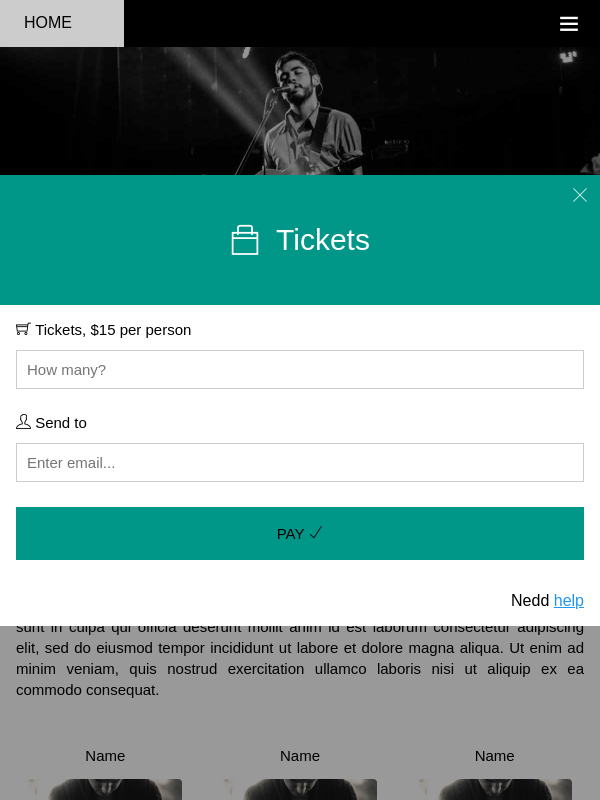
Repository: Thanhtrunghoang123/the-band
Page: index.html
These files come from the project's save history. The page is drawn as it stood at one moment and after the next save; the edit follows.
The browser window is 600 px wide. The pictures show the window.
A layer covers the whole window, so only the first screen is drawn.

Above is the page before, as saved 2022-07-27 22:51:58.

### index.html
<!DOCTYPE html>
<html lang="en">
<head>
    <meta charset="UTF-8">
    <meta http-equiv="X-UA-Compatible" content="IE=edge">
    <meta name="viewport" content="width=device-width, initial-scale=1.0">
    <title>The Band</title>
    <link rel="icon" href="https://upload.wikimedia.org/wikipedia/commons/thumb/f/fb/Logo_of_Blackpink.svg/2560px-Logo_of_Blackpink.svg.png" type="image/x-icon" />
    <link rel="stylesheet" href="./assest/css/style.css">
    <link rel="stylesheet" href="./assest/css/responsive.css">
    <link rel="stylesheet" href="./assest/fonts/themify-icons/themify-icons.css">



</head>
<body>
    <div id="main">
        <div id="header">
            <!-- Begin: Nav -->
            <ul id="nav">
                <li><a href="#">Home</a></li>
                <li><a href="#band">Band</a></li>
                <li><a href="#tour">Tour</a></li>
                <li><a href="#contact">Contact</a></li>
                <li>
                    <a href="#">
                        More
                        <i class=" nav-arrow-down ti-angle-down"></i>

                    </a>
                    <ul class="subnav">
                        <li><a href="#">Merchandise</a></li>
                        <li><a href="#">Extras</a></li>
                        <li><a href="#">Media</a></li>
                    </ul>
                </li>
            </ul>
            <!-- End: Nav -->

            <!-- Begin: Search button -->
            <div class="search-btn">
                <i class=" search-icon ti-search"></i>
            </div>

            <div id="mobile-menu" class="mobile-menu-btn">
                <i class=" menu-icon ti-menu"></i>
            </div>
            <!-- End: Search button -->



        </div>

        <div id="slider">
            <div class="text-content">
                <h2 class="text-heading">Chicago</h2>
                <div class="text-description">Thank you, Chicago - A night we won't forget.</div>

            </div>
        </div>

        <div id="content">
            <!-- About section -->
            <div  id="band" class="content-section">
                <h2 class="section-heading">THE BAND</h2>
                <p class="section-sub-heading">We love music</p>
                <p class="about-text">We have created a fictional band website. Lorem ipsum dolor sit amet, consectetur adipiscing elit, sed do eiusmod tempor incididunt ut labore et dolore magna aliqua. Ut enim ad minim veniam, quis nostrud exercitation ullamco laboris nisi ut aliquip ex ea commodo consequat. Duis aute irure dolor in reprehenderit in voluptate velit esse cillum dolore eu fugiat nulla pariatur. Excepteur sint occaecat cupidatat non proident, sunt in culpa qui officia deserunt mollit anim id est laborum consectetur adipiscing elit, sed do eiusmod tempor incididunt ut labore et dolore magna aliqua. Ut enim ad minim veniam, quis nostrud exercitation ullamco laboris nisi ut aliquip ex ea commodo consequat.</p>
                <div class="row members-list">
                    <div class="text-center col col-third">
                        <p class="member-name">Name</p>
                        <img src="./assest/img/band/member1.jpg" alt="Name" class="member-img">
                    </div>
                    <div class="text-center col col-third">
                        <p class="member-name">Name</p>
                        <img src="./assest/img/band/member1.jpg" alt="Name" class="member-img">
                    </div>
                    <div class="text-center col col-third">
                        <p class="member-name">Name</p>
                        <img src="./assest/img/band/member1.jpg" alt="Name" class="member-img">
                    </div>
                    <div class="clear"></div>
                </div>
            </div>
            <!-- Tour section -->
            <div id="tour" class="tour-section">
                <div class="content-section">
                    <h2 class="section-heading text-white">TOUR DATES</h2>
                    <p class="section-sub-heading text-white">Remember to book your tickets!</p>

                    <!-- Tickets  -->
                    <ul class="tickets-list">
                        <li>September <span class="sold-out">Sold out</span></li>
                        <li>October <span class="sold-out">Sold out</span></li>
                        <li>November <span class="quantity">3</span></li>
                    </ul>
                    <!-- places -->
                    <div class=" row place-list">
                        <div class="col col-third">
                            <img src="./assest/img/places/place1.jpg" alt="img" class="place-img">
                            <div class="place-body">
                                <h3 class="place-heading">New York</h3>
                                <p class="place-time">Fri 27 Nov 2022</p>
                                <p class="place-desc">Praesent tincidunt sed tellus ut rutrum sed vitae justo.</p>
                                <button  class="btn js-buy-ticket">Buy Tickets</button>
                            </div>
                        </div>

                        <div class=" col col-third">
                            <img src="./assest/img/places/place2.jpg" alt="img" class="place-img">
                            <div class="place-body">
                                <h3 class="place-heading">Paris</h3>
                                <p class="place-time">Sat 28 Nov 2022</p>
                                <p class="place-desc">Praesent tincidunt sed tellus ut rutrum sed vitae justo.</p>
                                <button  class="btn js-buy-ticket">Buy Tickets</button>
                            </div>
                        </div>

                        <div class=" col col-third">
                            <img src="./assest/img/places/place3.jpg" alt="img" class="place-img">
                            <div class="place-body">
                                <h3 class="place-heading">San Francisco</h3>
                                <p class="place-time">Sun 29 Nov 2022</p>
                                <p class="place-desc">Praesent tincidunt sed tellus ut rutrum sed vitae justo.</p>
                                <button  class="btn js-buy-ticket">Buy Tickets</button>
                            </div>
                        </div>
                        <div class="clear"></div>
                    </div>
                </div>

            </div>
            <!-- Begin: Contact section -->
            <div id="contact" class="content-section">
                <h2 class="section-heading">CONTACT</h2>
                <p class="section-sub-heading">Fan? Drop a note!</p>

                <div class="row contact-content">
                    <div class="col col-half contact-info">
                        <p><i class="ti-location-pin"></i> Chicago, US</p>
                        <p><i class="ti-mobile"></i> +00 151515</p>
                        <p><i class="ti-email"></i> Email: mail@mail.com</p>
                    </div>

                    <div class="col col-half contact-form">
                        <form action="">
                            <div class="row">
                                <div class="col col-half">
                                    <input type="text" name="" placeholder="Name" required id="" class="form-control">
                                </div>

                                <div class="col col-half">
                                    <input type="email" name="" placeholder="Email" required id="" class="form-control">
                                </div>

                            </div>
                            <div class="row mt-8">
                                <div class="col col-full">
                                    <input type="text" name="" placeholder="Message" required class="form-control">
                                </div>
                            <input class=" pull-right btn mt-16" type="submit" value="Send">
                        </form>
                    </div>
                </div>
            </div>
        </div>
         <!-- End: Contact section -->,
         <div class="map-section">
            <img src="./assest/img/map/map.jpg" alt="Map">
        </div>
        <div id="footer">
            <div class="socials">
                <a href=""><i class="ti-facebook"></i></a>
                <a href=""><i class="ti-instagram"></i></a>
                <a href=""><i class="ti-github"></i></a>
                <a href=""><i class="ti-pinterest"></i></a>
                <a href=""><i class="ti-twitter-alt"></i></a>
                <a href=""><i class="ti-linkedin"></i></a>
            </div>

            <p class="copyright">Powered by<a href="https://www.w3schools.com/w3css/tryw3css_templates_band.htm">w3.css</a></p>

        </div>

        </div>
    </div>
    <div class="modal open js-modal">
        <div class="modal-container js-modal-container">
            <div class="modal-close js-modal-close">
                <i class="ti-close"></i>
            </div>

            <header class="modal-header">
                <i class=" modal-heading-icon ti-bag"></i>
                Tickets
            </header>

            <div class="modal-body">
                <label for="" class="modal-label">
                    <i class="ti-shopping-cart"></i>
                    Tickets, $15 per person
                </label>
                <input type="text" class="modal-input" placeholder="How many?">

                <label for="" class="modal-label">
                    <i class="ti-user"></i>
                    Send to
                </label>
                <input type="text" class="modal-input" placeholder="Enter email...">

                <button id="buy-tickets">
                    Pay <i class="ti-check"></i>

                </button>
            </div>

            <footer class="modal-footer">
                <p class="modal-help">Nedd <a href="">help</a></p>
            </footer>
        </div>
    </div>
    <script>
         // Tạo biến const trỏ vào element để thực hiện hành vi.
         const buyBtns = document.querySelectorAll ('.js-buy-ticket')
         const modal = document.querySelector('.modal')
         const modalContainer = document.querySelector('.js-modal-container')
         const modalClose = document.querySelector('.js-modal-close')

         function showBuyTickets() {
            // Hàm hiện thị mua vé (add class 'open' vào element được Modal trỏ vào.)
            modal.classList.add('open')
         }

         function hideBuyTickets() {
            // Hàm gỡ bỏ class=modal remove class 'open' vào element được ticketModal trỏ vào.
            modal.classList.remove('open')
         }

          // Vì có nhiều element cần kiểm tra event, nên dùng biến con buyBtn để duyệt các element class "buyBtns"
        //   lặp từng thẻ button  và nghe hành vi click
         for (const buyBtn of buyBtns) {
          // Duyệt qua mỗi element, lắng nghe event của người dùng và gọi đến hàm cần thực hiện.
          buyBtn.addEventListener('click', showBuyTickets)
         }

        //  Nghe hành vi click vào nút button close
         modalClose.addEventListener('click', hideBuyTickets)

         modal.addEventListener('click' ,hideBuyTickets)

         modalContainer.addEventListener('click',function(event) {
            event.stopPropagation()
        })
    </script>

    <script>
        var header = document.getElementById('header');
        var mobileMenu = document.getElementById('mobile-menu');
        var headerHeight = header.clientHeight;
    // dong mo mobile menu
    mobileMenu.onclick = function() {
        var isClosed = header.clientHeight == headerHeight ;
        if (isClosed) {
            header.style.height = 'auto' ;
        } else {
            header.style.height = null ;
        }
    }

    //Tự động đóng khi chọn menu
    var menuItems = document.querySelectorAll('#nav li a[href*="#"]');
    for( var i=0 ; i<menuItems.length ; i++) {
        var menuItem = menuItems[i];

        menuItem.onclick = function () {
            header.style.height = null ;

        }

    }



    </script>
</body>
</html>

### assest/css/style.css
*{
    margin: 0;
    padding: 0;
    box-sizing: border-box;
}

html{
    scroll-behavior: smooth;
    font-family: Arial, Helvetica, sans-serif;
}

.text-white{
    color: #fff !important;
}


.clear{
    clear: both;
}

.text-center {
    text-align: center !important;
}

.btn{
    color: #fff;
    background-color: #000;
    text-decoration: none;
    padding: 11px 16px;
    display: inline-block;
    margin-top: 15px;
    border:none;
}

.pull-right {
    float:right !important;
}

.btn:hover{
    cursor: pointer;
    color: #000;
    background-color: #ccc;
}

.row{
    margin-left: -8px;
    margin-right: -8px;
}

.row::after {
    content: "";
    display: block;
    clear: both;
}

.col {
    float: left;
    padding-right: 8px;
    padding-left: 8px;
}

.col-full{
    width: 100%;
}

.col-half {
    width: 50%;
}

.col-third {
    width: calc(100%/3);
}

.mt-8 {
    margin-top: 8px !important;
}

.mt-16{
    margin-top: 16px !important;
}
#main{

}

#header{
    height: 46.5px;
    background-color: #000;
    position: fixed;
    top: 0;
    left: 0;
    right: 0;
    z-index: 1;
    overflow:hidden;
}
#nav {
    display: inline-block;
}
#nav , .subnav{
    list-style: none;
}
#nav > li{
    display: inline-block;
}

#nav li{
    position: relative;
}

#nav > li > a {
    color: #fff;
    text-transform: uppercase;
}
#nav li a{
    text-decoration: none;
    line-height: 46.5px;
    padding: 0px 24px;
    display: block;
}

#nav li:hover .subnav{
    display: block;
}
#nav > li:hover > a,
#nav .subnav li:hover a{
    color: #000;
    background-color: #ccc;
}

#nav .subnav{
    display: none;
    position: absolute;
    top: 100%;
    background-color: #fff;
    box-shadow: 0 0 10px rgba(0 , 0 , 0 ,0.3);
}
#nav .subnav a{
    color: #000;
    min-width: 160px;
    padding:  0px 12px;
    line-height: 38.5px;
}
#nav .nav-arrow-down{
    font-size: 14px;
}

#header .mobile-menu-btn,
#header .search-btn{
    float:right;
    padding: 0 21px;
}

#header .search-btn:hover {
    background-color: #f44336;
    cursor: pointer;
}

#header .mobile-menu-btn:hover {
   background-color:#ccc ;
}

#header .mobile-menu-btn:hover .menu-icon {
    color:#000;
 }


#header .menu-icon ,
#header .search-icon {
    color: #fff;
    font-size: 20px;
    line-height: 46.5px;
}

#slider{
    position: relative;
    margin-top: 46px;
    padding-top:50%;
    background: url(/assest/img/slider/chicago.jpg) top center /cover no-repeat;
}

#slider .text-content{
    position: absolute;
    bottom: 0;
    color: #fff;
    /* cách căn giữa 1 */
    /* left: 50%;
    transform: translateX(-50%); */
    /* Cách căn giữa 2 */
    width: 100%;
    text-align: center;
}

#slider .text-heading{
    font-weight: 500 ;
    font-size: 24px;
}

#slider .text-description{
    font-size: 15px;
    margin-top: 25px;
}

#content{

}

#content .content-section{
    width: 800px;
    max-width: 100%;
    margin-left: auto;
    margin-right: auto;
    padding: 64px 0 112px;
    padding-left: 16px;
    padding-right: 16px;
}

#content .section-heading{
    font-size: 30px;
    font-weight: 500;
    text-align: center;
    letter-spacing:  4px;
}

#content .section-sub-heading{
    font-size: 15px;
    text-align: center;
    margin-top: 25px;
    font-style: italic;
    opacity: 0.6;

}

#content .about-text{
    font-size: 15px;
    margin-top: 25px;
    text-align: justify;
    line-height: 1.4;

}

#content .members-list{
    margin-top: 47px;
    /* display: flex; */
    overflow: hidden;
}



#content .member-name{
    font-size: 15px;
}

#content .member-img{
    width: 154px;
    margin-top: 15px;
    border-radius: 4px;
}
/* Tour section  */
.tour-section{
    background-color: #000;
}

.tickets-list{
    background-color: #fff;
    margin-top: 40px;
}

.tickets-list li {
    color: #757575;
    font-size: 15px;
    padding: 11px 16px;
    border-bottom: 1px solid #ddd;
    list-style: none;
}

.tickets-list .sold-out{
    background-color: #f44336;
    color: #fff ;
    padding: 3px 4px;
    margin-left: 16px;
}

.tickets-list .quantity{
    float: right;
    width: 24px;
    height: 24px;
    background-color: #000;
    color: #fff;
    border-radius: 50%;
    text-align: center;
    line-height: 24px;
    margin-top: -3px;

}
/* Places */
.place-list{
    margin-top: 32px;

}


.place-img{
    width: 100%;
    display: block;
}

.place-img:hover{
    opacity: 0.6;
}

.place-body{
    padding: 16px;
    font-size: 15px;
    background-color: #fff;
}

.place-heading{
    font-size: 15px;
    font-weight: 600;

}

.place-time{
    margin-top: 15px;
    color: #757575;
}

.place-desc{
    margin-top: 15px;
    line-height: 1.4;
}



/* Contact Form */
.contact-content {
    margin-top: 48px;
}

.contact-info {
    font-size: 18px;
}

.contact-info i [class*="ti-"] {
    width: 30px;
    display: inline-block;
    line-height: 1.5;
}

.contact-form {
    font-size: 15px;
}

.contact-form .form-control {
    padding: 10px;
    border: 1px solid #ccc;
    width: 100%;
    display: block;
}
/* Map-section */
.map-section img {
    width: 100%;
}





#footer{
    padding: 64px 16px;
    text-align: center;
}

#footer .socials {
    font-size: 24px;
}

#footer .socials a {
    color: rgba(0 ,0, 0, 0.6);
    text-decoration: none;
}

#footer .socials a:hover {
    color: rgba(0 ,0, 0, 0.3);
}

#footer .copyright  {
    font-size: 15px;
    color: rgba(0 ,0, 0, 0.3);
    margin-top: 15px;

}

#footer .copyright a {

    color: rgba(0 ,0, 0, 0.3);
    text-decoration: none;
}




@keyframes modalFadeIn {
    from{
        opacity: 0;
        transform: translateY(-100px);
    }

    to{
        opacity: 1;
        transform: translateY( 0px);
    }
}
.modal.js-modal.open{
    display: flex;
    }

.modal{
    position: fixed;
    top: 0;
    bottom: 0;
    right: 0;
    left: 0;
    background: rgba(0, 0 ,0 ,0.4);
    align-items: center;
    justify-content: center;
    display: none;
}

.modal-container {
    background: #fff ;
    width: 900px;
    max-width: calc(100%-32px);
    min-height: 200px;
    position: relative;
    animation: modalFadeIn ease 0.5s;


}

.modal-header{
    color: #fff;
    background-color: #009688;
    height: 130px;
    font-size: 30px;
    display: flex;
    align-items: center;
    justify-content: center;
}

.modal-heading-icon{
    padding-right: 16px;
}

.modal-close{
    position: absolute;
    right: 0;
    top: 0;
    color: #fff;
    padding: 12px;
    cursor: pointer;
    opacity: 0.8;
}

.modal-close:hover {
    opacity: 1;
    background-color: #ccc;
}

.modal-body {
    padding: 16px;
}

.modal-label{
    display: block;
    font-size: 15px;
   margin-bottom: 12px;
}

.modal-input{
    border: 1px solid #ccc;
    width: 100%;
    font-size: 15px;
    padding: 10px;
    margin-bottom: 25px;
}

#buy-tickets {
    background: #009688;
    font-size: 15px;
    border: none;
    width: 100%;
    text-transform: uppercase;
    padding: 18px;
    cursor: pointer;
}

#buy-tickets:hover {
    opacity: 0.9;
}

.modal-footer{
    padding: 16px;
    text-align: right;
}

.modal-footer a {
    color:#2196F3;
}

### assest/css/responsive.css
/* PC */
@media(min-width:124px ) {

}

/* Tablet */
@media(max-width:720px) and (max-width:1023px) {

}

/* Mobile */
@media(max-width:740px) {
    #nav > li {
        display: block;
    }

    #header .search-btn{
        display: none;
    }

}

Loaded but not shown: assest/fonts/themify-icons/themify-icons.css (common file)

After the next save:
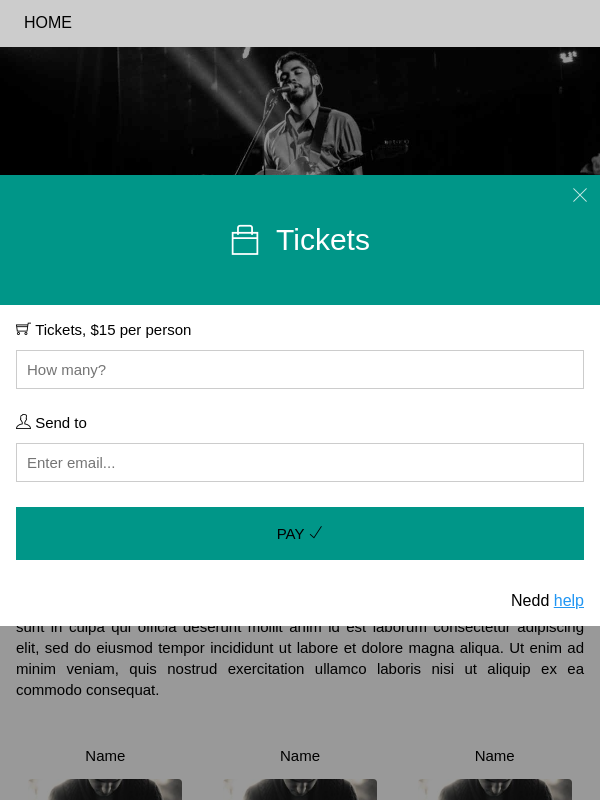
Saved 7 h 41 min later.
--- a/assest/css/responsive.css
+++ b/assest/css/responsive.css
@@ -18,4 +18,8 @@
         display: none;
     }
 
+    #nav {
+        display: block;
+    }
+
 }

After the 2 saves that followed:
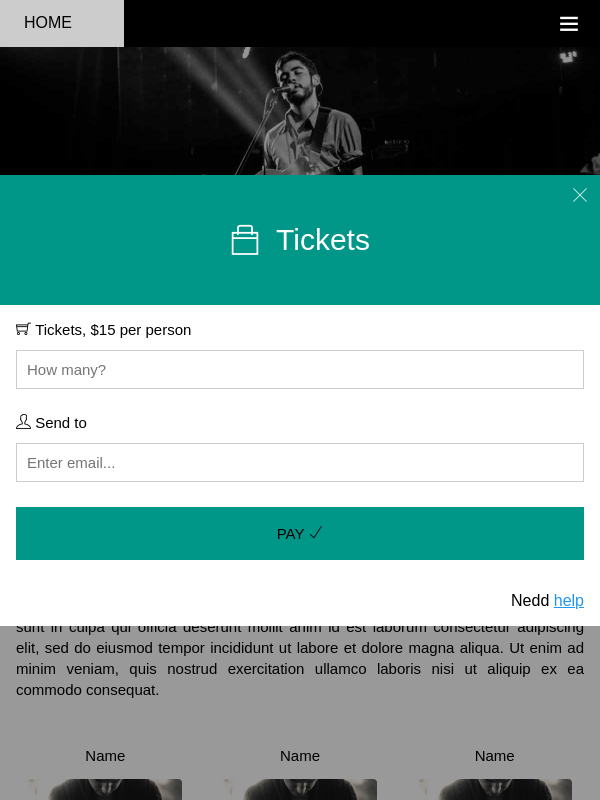
The 2 saves are shown as one change because 1 left the picture as it was.
The last was saved 86 s later.
--- a/assest/css/responsive.css
+++ b/assest/css/responsive.css
@@ -10,6 +10,10 @@
 
 /* Mobile */
 @media(max-width:740px) {
+    /* #nav {
+        display: block;
+    }
+    */
     #nav > li {
         display: block;
     }
@@ -18,8 +22,6 @@
         display: none;
     }
 
-    #nav {
-        display: block;
-    }
+
 
 }
